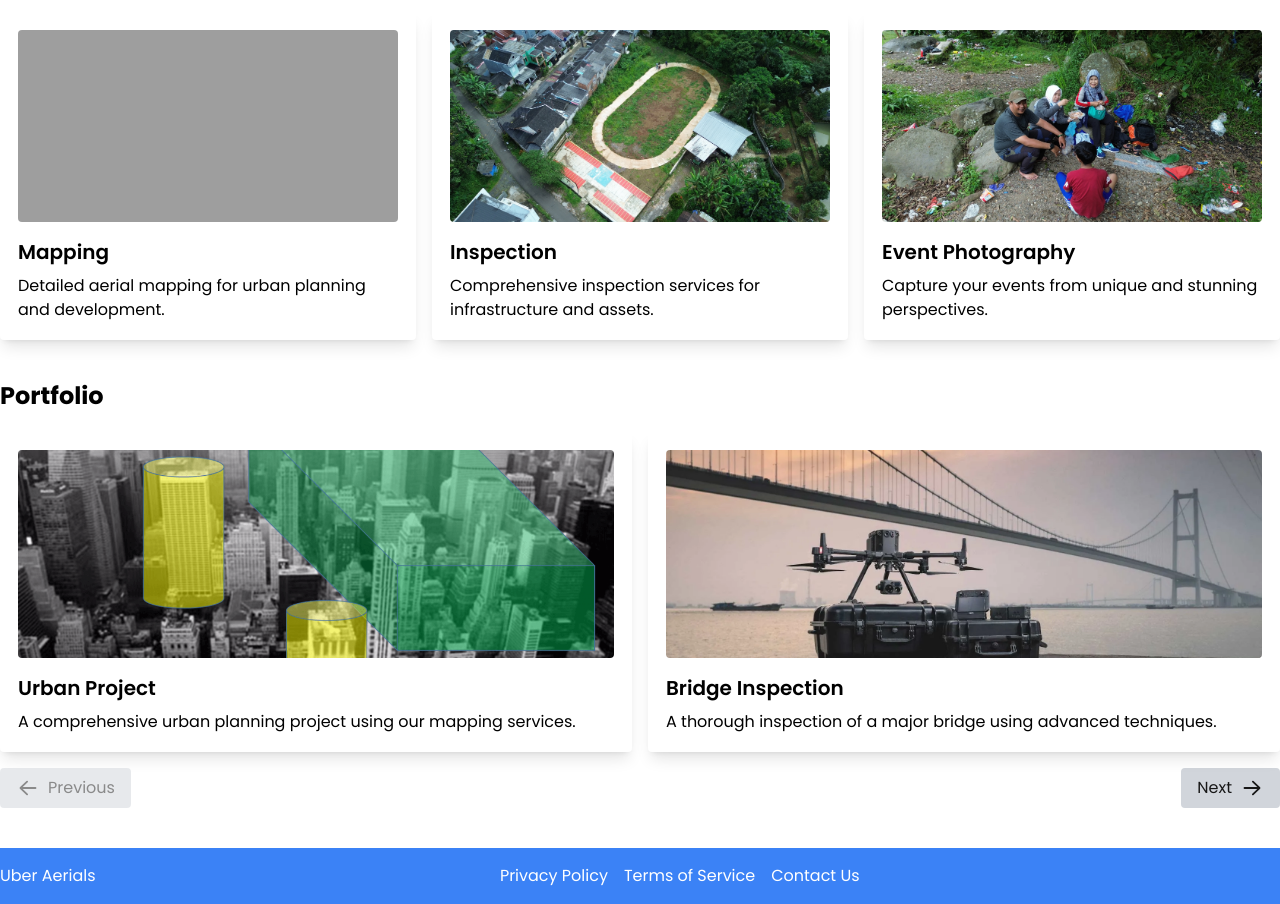
Repository: Adriankf59/drone-portofolio
Page: /
An editor plug-in stored every save of this project. The page is shown before and after a run of saves, followed by the edit.
The browser window is 1280 px wide. The pictures show the part of the page from y = 948 to 1900 px (the page is 1852 px tall before and 1900 px after).
Pictures or frames that could not be fetched are drawn as grey boxes. The project was rebuilt for these pictures with package versions that can differ from the ones it lists, and the page was loaded fresh each time. The framework's server and built-in components were replaced by stand-ins that run in the browser. Also part of the build but not shown: next.config.mjs.

Above is the page before, as saved 2025-01-29 20:08:47.

After the next 2 saves:
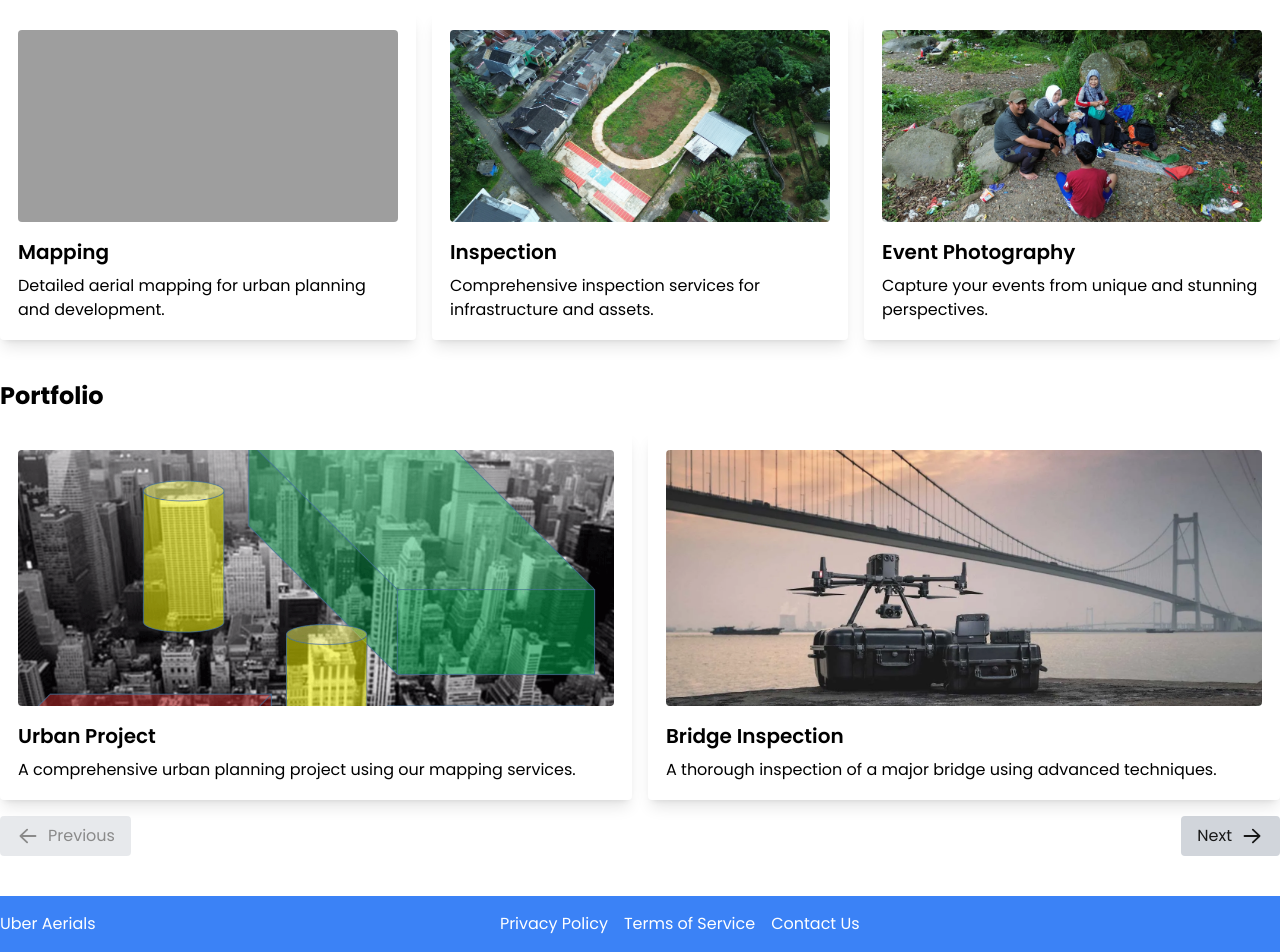
The 2 saves are shown as one change because they came seconds apart.
The last was saved 102 s later.
--- a/pages/index.js
+++ b/pages/index.js
@@ -113,7 +113,7 @@ const HomePage = () => {
                 className="flex flex-col p-4 shadow-lg rounded bg-white cursor-pointer border-2 transition-transform transform hover:scale-105 hover:shadow-xl border-transparent"
               >
                 <div className="overflow-hidden rounded">
-                  <img className="w-full h-52 object-cover" src={portfolio.image} alt={portfolio.title} />
+                  <img className="w-full h-64 object-cover" src={portfolio.image} alt={portfolio.title} />
                 </div>
                 <h3 className="text-xl text-black font-semibold mt-4">{portfolio.title}</h3>
                 <p className="mt-2 text-black">{portfolio.description}</p>
